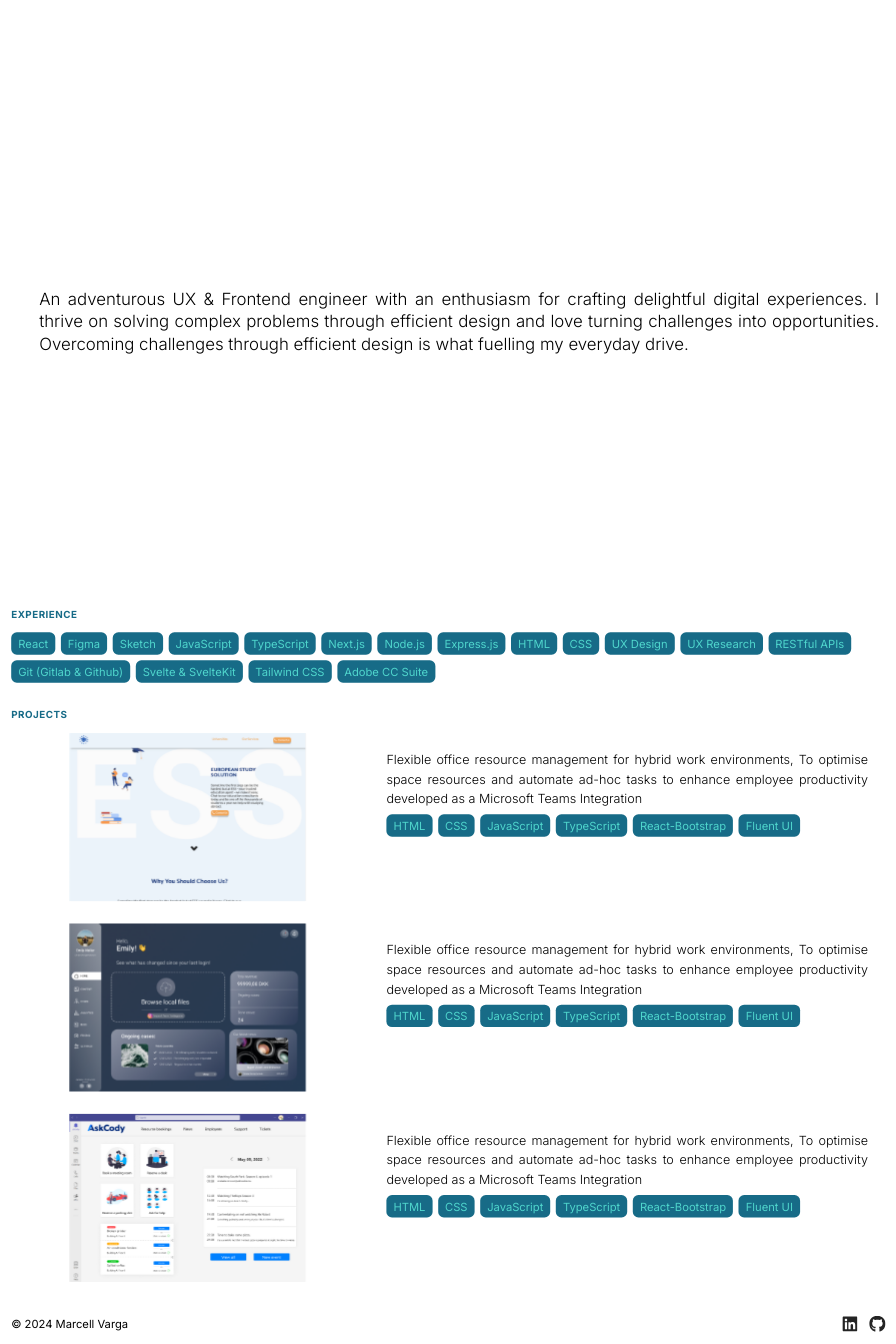
Repository: TheMarcellVarga/personal-portfolio-v.2
Page: /
The author's editor kept a copy of each file at every save. The page is drawn from the files as they stood at one save, then again after the next save.
The browser window is 1280 px wide. The pictures show the part of the page from y = 705 to 2625 px (the page is 2625 px tall before and 2481 px after), at 70% of full size.
The project was rebuilt for these pictures with package versions that can differ from the ones it lists, and the page was loaded fresh each time. The framework's server and built-in components were replaced by stand-ins that run in the browser. Also part of the build but not shown: next.config.mjs.

Above is the page before, as saved 2024-04-25 01:08:53.

### app/layout.tsx
import type { Metadata } from "next";
import { Inter } from "next/font/google";
import "./globals.css";

const inter = Inter({ subsets: ["latin"] });

export const metadata: Metadata = {
  title: {
    template: "%s | Marcell Varga",
    default: "Marcell Varga",
  },
  description: "Marcell Varga Portfolio | UX & Frontend Engineer",
};
export default function RootLayout({
  children,
}: Readonly<{
  children: React.ReactNode;
}>) {
  return (
    <html lang="en">
      <body className={inter.className}>{children}</body>
    </html>
  );
}

### app/page.tsx
"use client";

import { useState } from "react";
import Link from "next/link";
import Image from "next/image";
import IndexSigAnimated from "../public/icons/indexSigAnimated";

// Header component
const Header = () => {
  const [isOpen, setIsOpen] = useState(false);

  return (
    <header className="flex justify-between items-center w-full">
      <div className="flex items-center">
        {/* Icon */}
        <Link href="/">
          <IndexSigAnimated />
        </Link>
      </div>
      <nav className="flex items-center">
        {/* Hamburger Menu */}
        <div
          className={`md:hidden z-2 ${isOpen ? "open" : ""}`}
          onClick={() => setIsOpen(!isOpen)}
        >
          <div className="w-6 h-0.5 bg-gray-800 mb-1"></div>
          <div className="w-6 h-0.5 bg-gray-800 mb-1"></div>
          <div className="w-6 h-0.5 bg-gray-800"></div>
        </div>
        {/* Navigation Links */}
        <div className={`nav-overlay ${isOpen ? "open" : ""}`}>
          <div className={`${isOpen ? "block" : "hidden"} md:flex space-x-4`}>
            <Link href="/about">
              <div
                className="text-sm font-medium"
                style={{ color: isOpen ? "#eeeeee" : "inherit" }}
              >
                About
              </div>
            </Link>
            <Link href="/work">
              <div
                className="text-sm font-medium"
                style={{ color: isOpen ? "#eeeeee" : "inherit" }}
              >
                Work
              </div>
            </Link>
            <Link href="/contact">
              <div
                className="text-sm font-medium"
                style={{ color: isOpen ? "#eeeeee" : "inherit" }}
              >
                Contact
              </div>
            </Link>
          </div>
        </div>
        <div className={`${isOpen ? "hidden" : "block"}`}>
          <div className={`${isOpen ? "block" : "hidden"} md:flex space-x-4`}>
            <Link href="/about">
              <div
                className="text-sm font-medium"
                style={{ color: isOpen ? "#eeeeee" : "inherit" }}
              >
                About
              </div>
            </Link>
            <Link href="/work">
              <div
                className="text-sm font-medium"
                style={{ color: isOpen ? "#eeeeee" : "inherit" }}
              >
                Work
              </div>
            </Link>
            <Link href="/contact">
              <div
                className="text-sm font-medium"
                style={{ color: isOpen ? "#eeeeee" : "inherit" }}
              >
                Contact
              </div>
            </Link>
          </div>
        </div>
      </nav>
    </header>
  );
};

// Footer component
const Footer = () => {
  return (
    <div className="flex w-full flex-row justify-between items-center">
      <div className="flex w-full">© 2024 Marcell Varga</div>
      <div className="flex space-x-4">
        <Image
          src="/icons/linkedin.svg"
          alt="Linkedin Icon"
          width={24}
          height={24}
        />
        <Image
          src="/icons/github.svg"
          alt="GitHub Icon"
          width={24}
          height={24}
        />
      </div>
    </div>
  );
};

const projects = [
  {
    title:
      "Flexible office resource management for hybrid work environments, To optimise space resources and automate ad-hoc tasks to enhance employee productivity developed as a Microsoft Teams Integration",
    description: "",
    skills: [
      "HTML",
      "CSS",
      "JavaScript",
      "TypeScript",
      "React-Bootstrap",
      "Fluent UI",
    ],
    link: "/", // Example link to the project details page
    image: "/images/ess-index.png", // Add the path to the image
  },
  {
    title:
      "Flexible office resource management for hybrid work environments, To optimise space resources and automate ad-hoc tasks to enhance employee productivity developed as a Microsoft Teams Integration",
    description: "",
    skills: [
      "HTML",
      "CSS",
      "JavaScript",
      "TypeScript",
      "React-Bootstrap",
      "Fluent UI",
    ],
    link: "/", // Example link to the project details page
    image: "/images/catchscan-index.png", // Add the path to the image
  },
  {
    title:
      "Flexible office resource management for hybrid work environments, To optimise space resources and automate ad-hoc tasks to enhance employee productivity developed as a Microsoft Teams Integration",
    description: "",
    skills: [
      "HTML",
      "CSS",
      "JavaScript",
      "TypeScript",
      "React-Bootstrap",
      "Fluent UI",
    ],
    link: "/", // Example link to the project details page
    image: "/images/askcody-index.png", // Add the path to the image
  },
  // Add more projects here
];

export default function Page() {
  return (
    <div className="m-4">
      <Header />
      <main className="flex flex-col items-center justify-between h-screen m-4 gap-1 w-full">
        <div className="flex-grow pb-12 w-full flex flex-col items-center justify-center gap-">
          <div className="flex flex-row w-full text-7xl font-medium items-center justify-start">
            Hey, I'm&nbsp;
            <span className="text-custom-blue font-bold">Marcell Varga</span>
          </div>
          <div className="flex w-full text-4xl font-light items-center justify-start my-2">
            UX & Frontend engineer
          </div>
        </div>
        <div className="pb-32 flex flex-col items-center justify-start">
          <Image
            className="animate-moveDown"
            src="/icons/mouseScroll.svg"
            alt="Scroll your mouse down Icon"
            width={30}
            height={30}
          />
        </div>
      </main>
      {/* Drive Section */}
      <section className="flex flex-col items-center justify-between h-screen m-4 gap-1 w-full">
        <div className="flex w-full h-screen text-5xl font-medium items-center justify-start">
          <h2 className="text-2xl font-light text-justify m-6">
            An adventurous UX & Frontend engineer with an enthusiasm for
            crafting delightful digital experiences. I thrive on solving complex
            problems through efficient design and love turning challenges into
            opportunities. Overcoming challenges through efficient design is
            what fuelling my everyday drive.
          </h2>
        </div>
      </section>
      <section className="flex flex-col items-center justify-between my-4 gap-1 w-full">
        {/* New Experience Section */}
        <article className="mt-8 w-full">
          <h2 className="text-custom-blue text-sm font-bold mb-4 tracking-wider uppercase">
            Experience
          </h2>
          <div className="flex flex-wrap gap-2">
            {[
              "React",
              "Figma",
              "Sketch",
              "JavaScript",
              "TypeScript",
              "Next.js",
              "Node.js",
              "Express.js",
              "HTML",
              "CSS",
              "UX Design",
              "UX Research",
              "RESTful APIs",
              "Git (Gitlab & Github)",
              "Svelte & SvelteKit",
              "Tailwind CSS",
              "Adobe CC Suite",
            ].map((skill) => (
              <div
                key={skill}
                className="bg-custom-blue text-custom-teal px-2.5 py-1 rounded-lg"
              >
                {skill}
              </div>
            ))}
          </div>
        </article>
        <article className="my-8 w-full">
          <h2 className="text-custom-blue text-sm font-bold mb-4 tracking-wider uppercase">
            Projects
          </h2>
          <div className="flex flex-col gap-8">
            {projects.map((project) => (
              <div key={project.title} className="flex gap-2">
                <div className="w-full h-full relative rounded-lg overflow-hidden y-5">
                  <div className="h-60">
                    <Image
                      src={project.image} // Use the image path from the project object
                      alt={project.title} // Use the project title as the alt text
                      layout="fill" // Make the image fill its container
                      objectFit="contain" // Adjust the image's aspect ratio to cover the container
                    />
                  </div>
                </div>
                <div className="flex flex-col m-6 gap-2">
                  <Link
                    href={project.link}
                    className="text-lg font-light text-justify"
                  >
                    <div>{project.title}</div>
                    <div>{project.description}</div>
                  </Link>
                  <div className="flex flex-wrap gap-2">
                    {project.skills.map((skill) => (
                      <div
                        key={skill}
                        className="bg-custom-blue text-custom-teal px-2.5 py-1 rounded-lg"
                      >
                        {skill}
                      </div>
                    ))}
                  </div>
                </div>
              </div>
            ))}
          </div>
        </article>
      </section>
      <Footer />
    </div>
  );
}

### app/globals.css
@tailwind base;
@tailwind components;
@tailwind utilities;

/* :root {
  --foreground-rgb: 0, 0, 0;
  --background-start-rgb: 214, 219, 220;
  --background-end-rgb: 255, 255, 255;
}

@media (prefers-color-scheme: dark) {
  :root {
    --foreground-rgb: 255, 255, 255;
    --background-start-rgb: 0, 0, 0;
    --background-end-rgb: 0, 0, 0;
  }
}

body {
  color: rgb(var(--foreground-rgb));
  background: linear-gradient(
      to bottom,
      transparent,
      rgb(var(--background-end-rgb))
    )
    rgb(var(--background-start-rgb));
}

@layer utilities {
  .text-balance {
    text-wrap: balance;
  }
} */

@-webkit-keyframes animate-svg-stroke-1 {
  0% {
    stroke-dashoffset: 210.06117248535156px;
    stroke-dasharray: 210.06117248535156px;
  }

  100% {
    stroke-dashoffset: 420.1223449707031px;
    stroke-dasharray: 210.06117248535156px;
  }
}

@keyframes animate-svg-stroke-1 {
  0% {
    stroke-dashoffset: 210.06117248535156px;
    stroke-dasharray: 210.06117248535156px;
  }

  100% {
    stroke-dashoffset: 420.1223449707031px;
    stroke-dasharray: 210.06117248535156px;
  }
}

.svg-elem-1 {
  -webkit-animation: animate-svg-stroke-1 1s ease-in-out 1s both;
  animation: animate-svg-stroke-1 1s ease-in-out 1s both;
}

@-webkit-keyframes animate-svg-stroke-2 {
  0% {
    stroke-dashoffset: 798.271240234375px;
    stroke-dasharray: 798.271240234375px;
  }

  100% {
    stroke-dashoffset: 1596.54248046875px;
    stroke-dasharray: 798.271240234375px;
  }
}

@keyframes animate-svg-stroke-2 {
  0% {
    stroke-dashoffset: 798.271240234375px;
    stroke-dasharray: 798.271240234375px;
  }

  100% {
    stroke-dashoffset: 1596.54248046875px;
    stroke-dasharray: 798.271240234375px;
  }
}

.svg-elem-2 {
  -webkit-animation: animate-svg-stroke-2 1s ease-in-out 1.12s both;
  animation: animate-svg-stroke-2 1s ease-in-out 1.12s both;
}

@-webkit-keyframes animate-svg-stroke-3 {
  0% {
    stroke-dashoffset: 2px;
    stroke-dasharray: 2px;
  }

  100% {
    stroke-dashoffset: 4px;
    stroke-dasharray: 2px;
  }
}

@keyframes animate-svg-stroke-3 {
  0% {
    stroke-dashoffset: 2px;
    stroke-dasharray: 2px;
  }

  100% {
    stroke-dashoffset: 4px;
    stroke-dasharray: 2px;
  }
}

.svg-elem-3 {
  -webkit-animation: animate-svg-stroke-3 1s ease-in-out 1.24s both;
  animation: animate-svg-stroke-3 1s ease-in-out 1.24s both;
}

/* CSS for the overlay */
.nav-overlay {
  position: fixed;
  top: 0;
  right: 0;
  width: 80%; /* Adjust the width as needed */
  height: 100%;
  background-color: rgba(23, 107, 135, 1); /* Semi-transparent background */
  transform: translateX(100%); /* Hidden off-screen to the right */
  transition: transform 0.3s ease-out; /* Smooth transition */
  display: flex;
  flex-direction: column;
  justify-content: center;
  align-items: center;
  padding: 2rem;
  z-index: 2; /* Ensure it's above other content */
}

.nav-overlay.open {
  transform: translateX(0); /* Slide in from the right */
}

/* Hamburger menu with increased z-index when open */
.md\:hidden {
  cursor: pointer;
  z-index: 2; /* Default z-index */
}

.md\:hidden.open {
  z-index: 5; /* Increased z-index when open */
}

/* Hamburger menu lines */
.md\:hidden > div {
  transition: all 0.3s ease;
}

/* Top line of the hamburger menu */
.md\:hidden > div:nth-child(1) {
  transform-origin: center;
}

/* Middle line of the hamburger menu */
.md\:hidden > div:nth-child(2) {
  transform-origin: center;
}

/* Bottom line of the hamburger menu */
.md\:hidden > div:nth-child(3) {
  transform-origin: center;
}

/* Animation for the hamburger menu to become a cross */
.md\:hidden.open > div:nth-child(1) {
  transform: rotate(45deg);
}

.md\:hidden.open > div:nth-child(2) {
  opacity: 0;
}

.md\:hidden.open > div:nth-child(3) {
  transform: rotate(-45deg);
}

/* Hamburger menu with increased z-index when open */
.md\:hidden {
  cursor: pointer;
  z-index: 2; /* Default z-index */
}

.md\:hidden.open {
  z-index: 5; /* Increased z-index when open */
}

/* CSS for the close button */
.close-btn {
  position: absolute;
  top: 1rem;
  right: 1rem;
  background: none;
  border: none;
  font-size: 1.5rem;
  color: #fff;
  cursor: pointer;
}

@keyframes moveDown {
  0% {
    transform: translateY(0);
  }
  100% {
    transform: translateY(10px); /* Adjust the value as needed */
  }
}

.animate-moveDown {
  animation: moveDown 2s infinite alternate ease-in-out; /* Adjust the duration as needed */
}

### public/icons/indexSigAnimated.tsx
import React from 'react';

const IndexSigIcon: React.FC = () => {
 return (
    <svg className="svg-elem-1" width="85" height="37" viewBox="0 0 85 37" fill="none" xmlns="http://www.w3.org/2000/svg">
      <g clipPath="url(#clip0_18_152)">
        <path d="M0.396973 36.3291C0.396973 36.3291 1.80464 21.811 13.6633 7.89246" stroke="#053B50" strokeLinecap="round" strokeLinejoin="round"/>
        <path d="M84.6029 0.378418C83.4907 1.72562 28.5188 31.0478 28.5188 31.0478C34.2765 18.2493 39.5275 5.38881 37.4414 4.87415C37.3274 4.8523 37.2096 4.85749 37.0982 4.88928C31.574 6.017 19.8186 16.4677 17.715 17.2805C17.665 17.3015 17.6107 17.3113 17.5561 17.3093C16.4821 17.2881 15.8514 13.5856 15.4907 9.68776" stroke="#053B50" strokeLinecap="round" strokeLinejoin="round"/>
      </g>
      <defs>
        <clipPath id="clip0_18_152">
          <rect width="85" height="36.7076" fill="white"/>
        </clipPath>
      </defs>
    </svg>
 );
};

export default IndexSigIcon;

### tailwind.config.ts
import type { Config } from "tailwindcss";

const config: Config = {
  content: [
    "./pages/**/*.{js,ts,jsx,tsx,mdx}",
    "./components/**/*.{js,ts,jsx,tsx,mdx}",
    "./app/**/*.{js,ts,jsx,tsx,mdx}",
  ],
  theme: {
    extend: {
      backgroundImage: {
        "gradient-radial": "radial-gradient(var(--tw-gradient-stops))",
        "gradient-conic":
          "conic-gradient(from 180deg at 50% 50%, var(--tw-gradient-stops))",
      },
      colors: {
        "custom-blue": "#176B87",
        "custom-teal": "#4FD5CC",
      },
    },
  },
  plugins: [],
};

export default config;

After the next save:
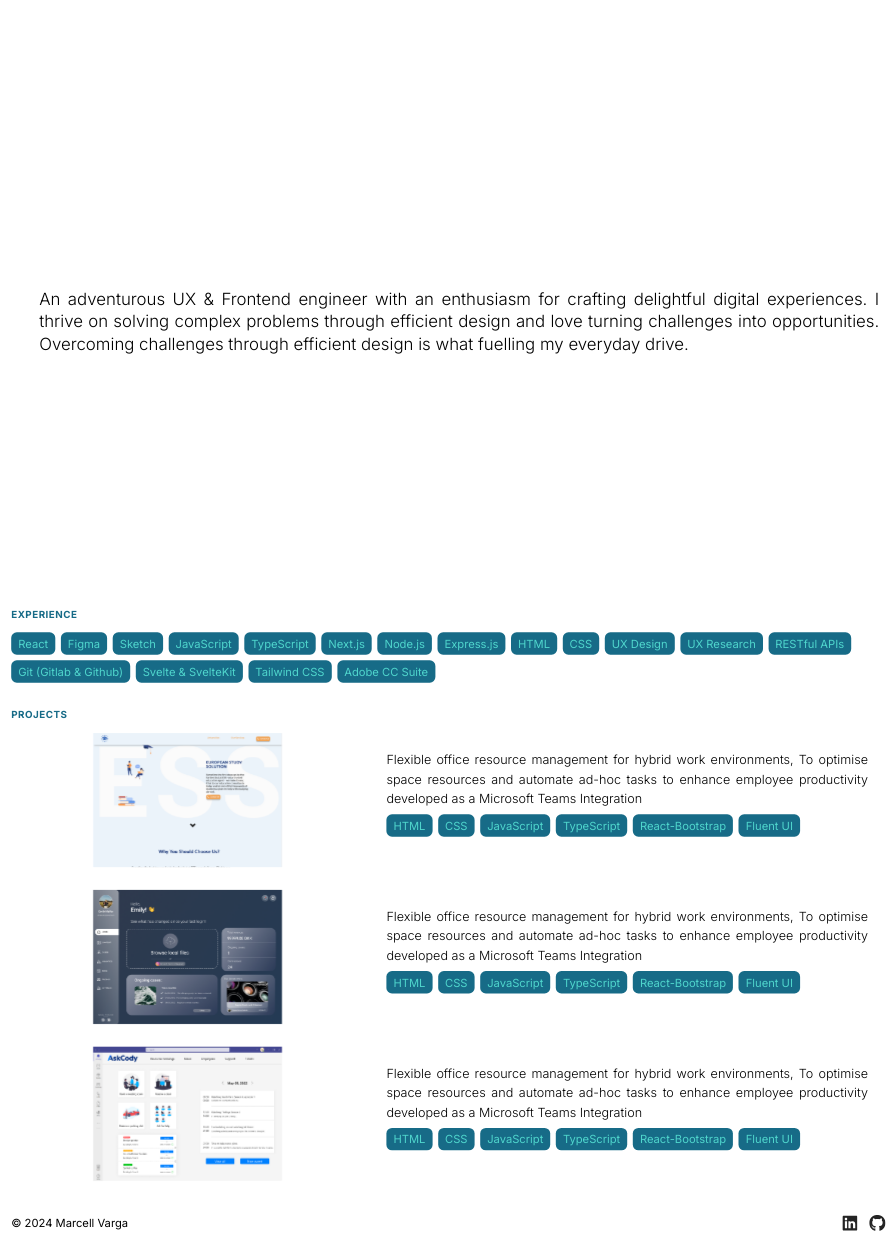
Saved 15 s later.
--- a/app/page.tsx
+++ b/app/page.tsx
@@ -240,7 +240,7 @@ export default function Page() {
             {projects.map((project) => (
               <div key={project.title} className="flex gap-2">
                 <div className="w-full h-full relative rounded-lg overflow-hidden y-5">
-                  <div className="h-60">
+                  <div className="h-48">
                     <Image
                       src={project.image} // Use the image path from the project object
                       alt={project.title} // Use the project title as the alt text
